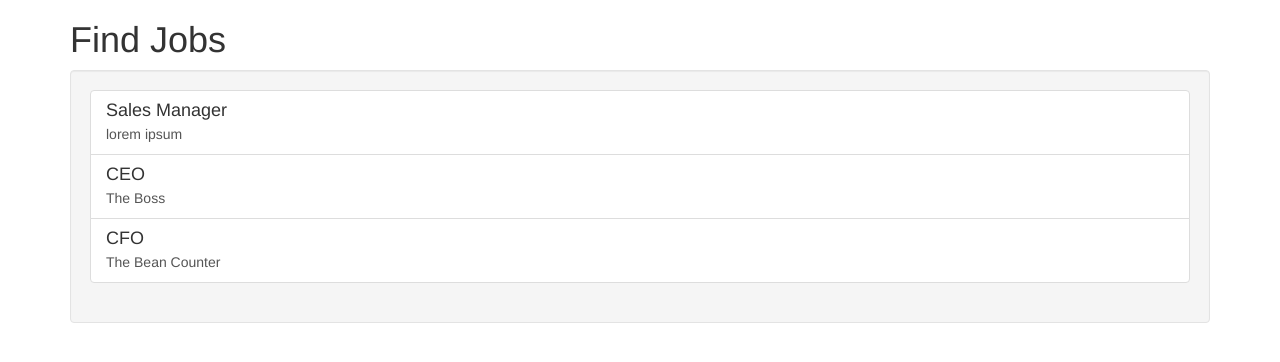
Repository: mturaga/JobsFinderTest
Page: http://localhost/
The author's editor kept a record of every edit. The page is drawn from the files as they stood at one moment, then again after the next edit.
The browser window is 1280 px wide. The pictures show the whole page.
The page is served by the project's Node server (server.js).

Above is the page before.

After the next edit:
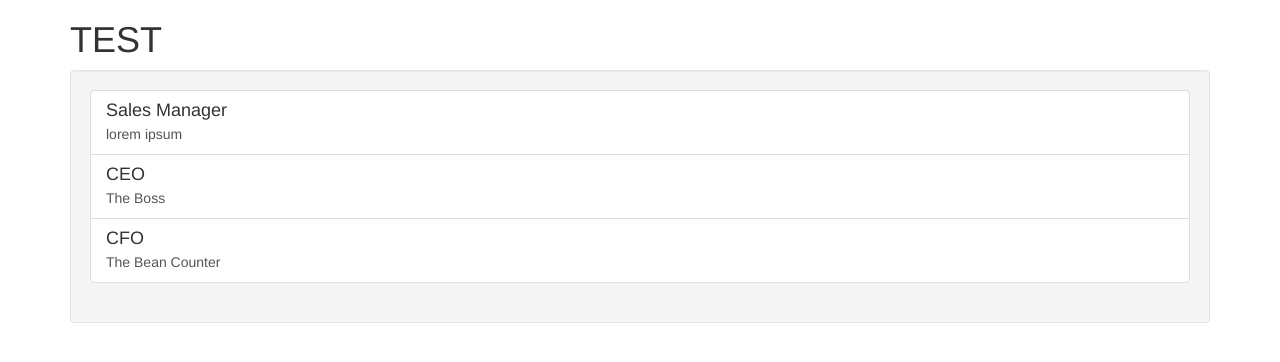
The edit:
--- a/index.jade
+++ b/index.jade
@@ -6,7 +6,7 @@
 
 body(ng-app="app")
     .container
-        h1 Find Jobs
+        h1 TEST
         .well.well-compact.success
             div(ng-controller = "testCtrl")
                 .list-group
